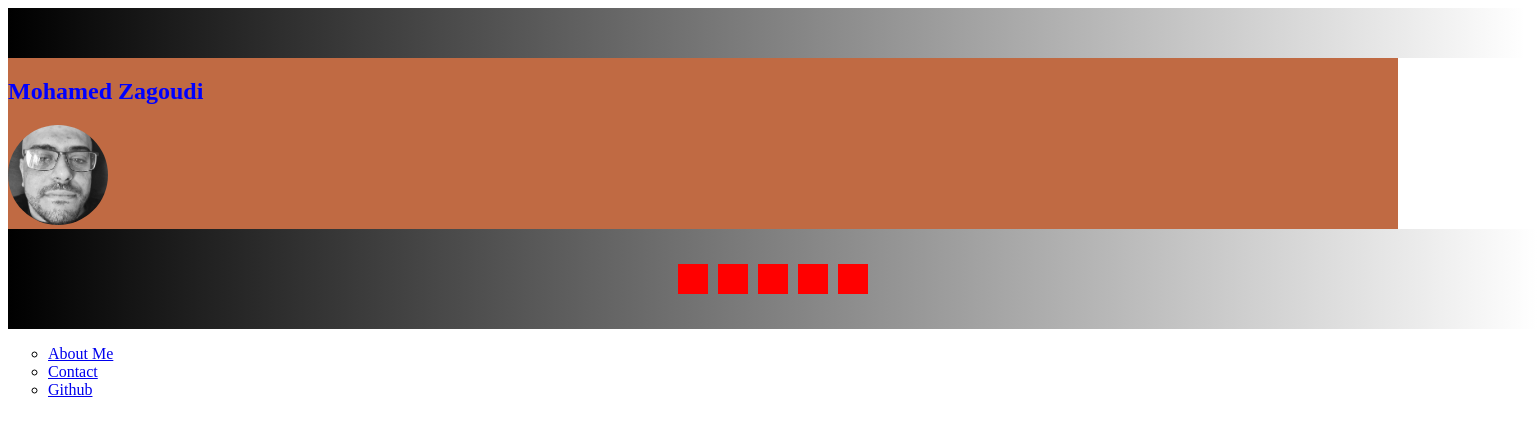
Repository: Mohzagou/Eersteportofolio
Page: index.html
These files come from the project's save history. The page is drawn as it stood at one moment and after the next save; the edit follows.
The browser window is 1280 px wide. The page is 1537 px wide, so the pictures cover 1537 px, including what lies to the right of the window. The pictures show the whole page.

Above is the page before, as saved 2022-06-07 22:40:29.

After the next save:
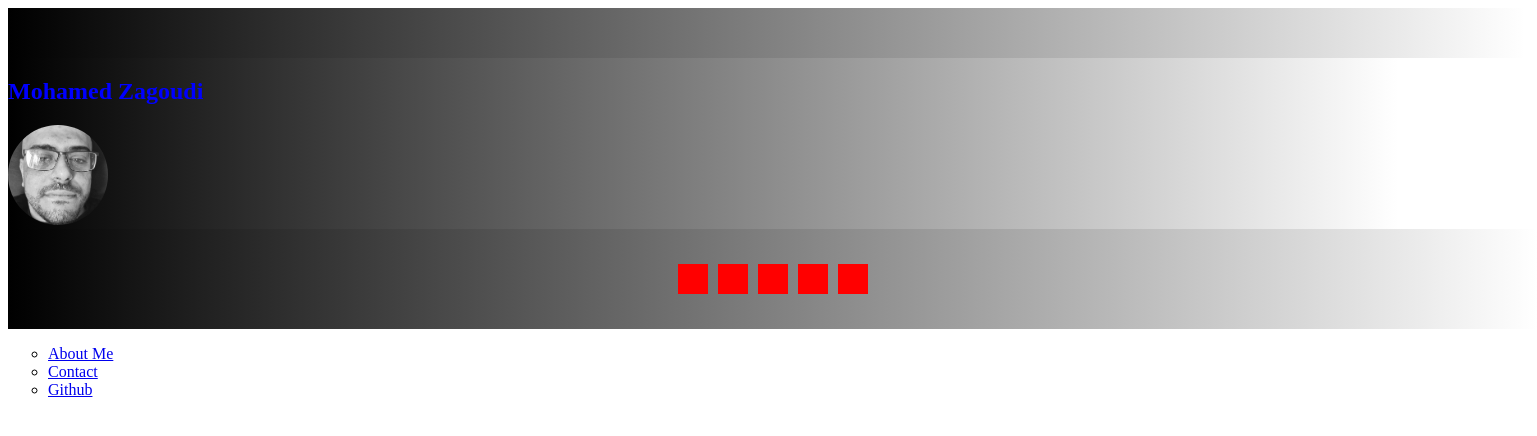
Saved 38 s later.
--- a/styles.css
+++ b/styles.css
@@ -23,7 +23,8 @@ section {
 .about-me {
     width: 110%;
     height: 200px;
-    background-color: rgb(177, 69, 21, 0.8);
+    background-image: linear-gradient(to right, black, grey, white);
+    /*background-color: rgb(177, 69, 21, 0.8);*/
     /*margin: 10px 0 10px 0;
     border: solid black 10px;
     border-radius: 15px;*/
